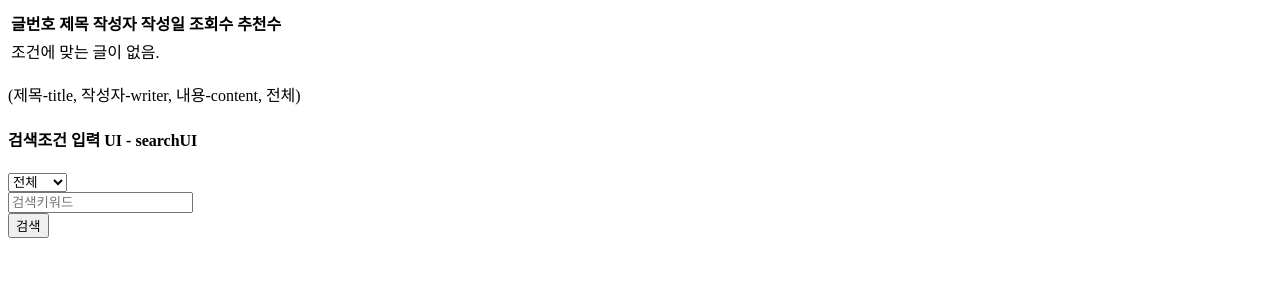
Repository: MyDreamFlying/JspClass
Page: http://localhost/WebStudy04_SpringBoard/WEB-INF/jsp/board/boardList.jsp
An editor plug-in stored every save of this project. The page is shown before and after the next save, followed by the edit.
The browser window is 1280 px wide. The pictures show the whole page.
The page is served by Tomcat 9. Nobody is signed in. Other server files are loaded and not shown. The template is opened directly, without the code that normally fills it, so the values that code supplies are empty.

Above is the page before, as saved 2022-10-12 01:38:58.

### WebStudy04_SpringBoard/src/main/webapp/WEB-INF/jsp/board/boardList.jsp
<%@ page language="java" contentType="text/html; charset=UTF-8"
    pageEncoding="UTF-8"%>
<%@ taglib uri="http://java.sun.com/jsp/jstl/core" prefix="c" %>
<c:set var="boardList" value="${pagingVO.dataList }" />
<table class="table table-bordered table-strip">
	<thead class="table-dark">
		<tr>
			<th>글번호</th>
			<th>제목</th>
			<th>작성자</th>
			<th>작성일</th>
			<th>조회수</th>
			<th>추천수</th>
		</tr>
	</thead>
	<tbody>
		<c:choose>
			<c:when test="${not empty boardList }">
				<c:forEach items="${boardList }" var="board">
					<c:url value="/board/boardView.do" var="viewURL">
						<c:param name="what" value="${board.boNo }" />
					</c:url>
					<tr>
						<td>${board.boNo }</td>
						<td><a href="${viewURL }">${board.boTitle }</a></td>
						<td>${board.boWriter }</td>
						<td>${board.boDate }</td>
						<td>${board.boHit }</td>
						<td>${board.boRec }</td>
					</tr>
				</c:forEach>
			</c:when>
			<c:otherwise>
				<tr>
					<td colspan="6"> 조건에 맞는 글이 없음. </td>
				</tr>
			</c:otherwise>
		</c:choose>
	</tbody>
</table>
<form id="searchForm">
	<input type="hidden" name="page" />
	<input type="hidden" name="searchType" />
	<input type="hidden" name="searchWord" />
</form>
<div class="pagingArea">
	${pagingVO.pagingHTML }
(제목-title, 작성자-writer, 내용-content, 전체)
</div>
<div id="searchUI" class="border border-primary border-1 row g-3">
	<h4>검색조건 입력 UI - searchUI</h4>
	<div class="col-auto">
		<select name="searchType" class="form-select">
			<option value>전체</option>
			<option value="title">제목</option>
			<option value="writer">작성자</option>
			<option value="content">내용</option>
		</select>
	</div>
	<div class="col-auto">
		<input type="text" name="searchWord" placeholder="검색키워드"
			class="form-control"
		/>
	</div>
	<div class="col-auto">
		<input type="button" value="검색" id="searchBtn"
			class="btn btn-primary"
		/>
	</div>
</div>
<script type="text/javascript">

</script>

After the next save:
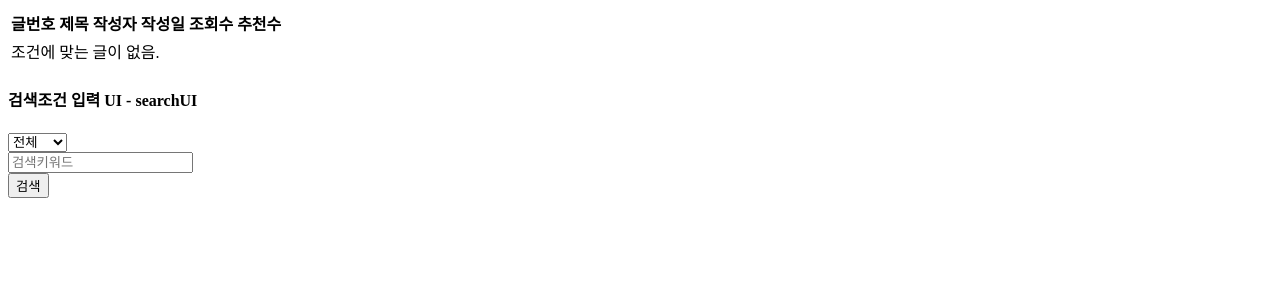
Saved 6 s later.
--- a/WebStudy04_SpringBoard/src/main/webapp/WEB-INF/jsp/board/boardList.jsp
+++ b/WebStudy04_SpringBoard/src/main/webapp/WEB-INF/jsp/board/boardList.jsp
@@ -45,8 +45,8 @@
 </form>
 <div class="pagingArea">
 	${pagingVO.pagingHTML }
-(제목-title, 작성자-writer, 내용-content, 전체)
 </div>
+<!-- (제목-title, 작성자-writer, 내용-content, 전체) -->
 <div id="searchUI" class="border border-primary border-1 row g-3">
 	<h4>검색조건 입력 UI - searchUI</h4>
 	<div class="col-auto">
